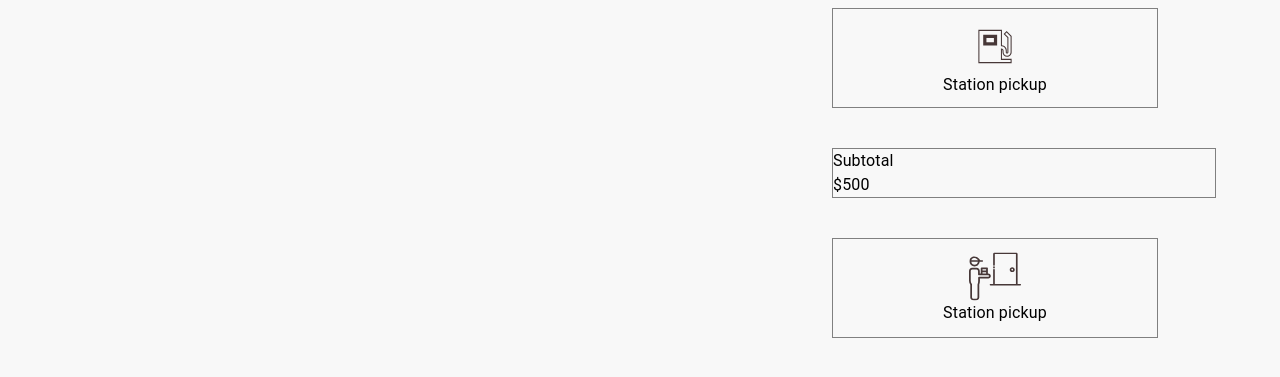
Repository: Armstrong2035/hng-project-two
Page: /cart (app in timbu-store/)
The author's editor kept a copy of each file at every save. The page is drawn from the files as they stood at one save, then again after the next save.
The browser window is 1280 px wide. The pictures show the whole page.
The project was rebuilt for these pictures with package versions that can differ from the ones it lists, and the page was loaded fresh each time. The framework's server and built-in components were replaced by stand-ins that run in the browser. Also part of the build but not shown: timbu-store/next.config.mjs.

Above is the page before, as saved 2024-07-08 23:40:34.

After the next save:
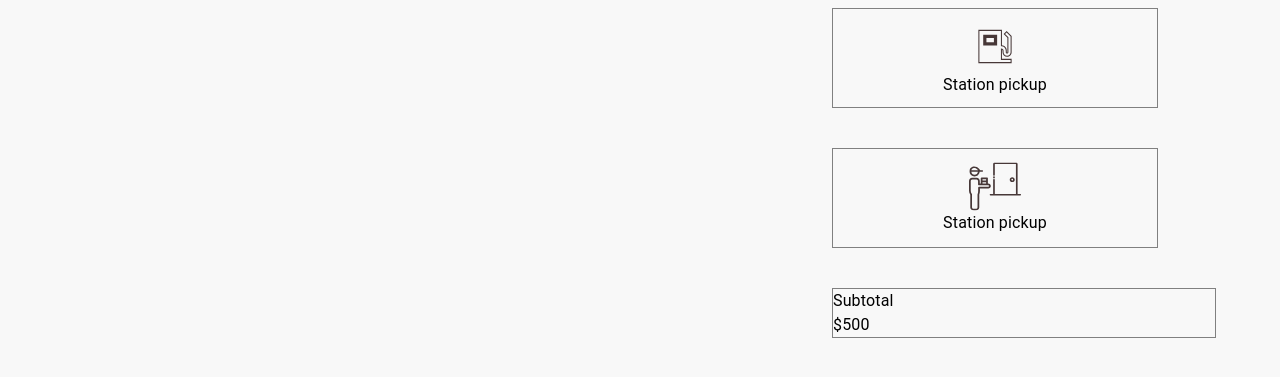
Saved 19 s later.
--- a/timbu-store/components/checkout/cart/CartPage.js
+++ b/timbu-store/components/checkout/cart/CartPage.js
@@ -41,11 +41,6 @@ export default function CartPage() {
                 <Typography>Station pickup</Typography>
               </Box>
 
-              <Box sx={{ border: "1px solid grey" }}>
-                <Typography>Subtotal</Typography>
-                <Typography>$500</Typography>
-              </Box>
-
               <Box
                 sx={{
                   border: "1px solid grey",
@@ -60,6 +55,11 @@ export default function CartPage() {
                 <Image src={doorDelivery} />
                 <Typography>Station pickup</Typography>
               </Box>
+
+              <Box sx={{ border: "1px solid grey" }}>
+                <Typography>Subtotal</Typography>
+                <Typography>$500</Typography>
+              </Box>
             </Stack>
           </Grid>
         </Grid>
